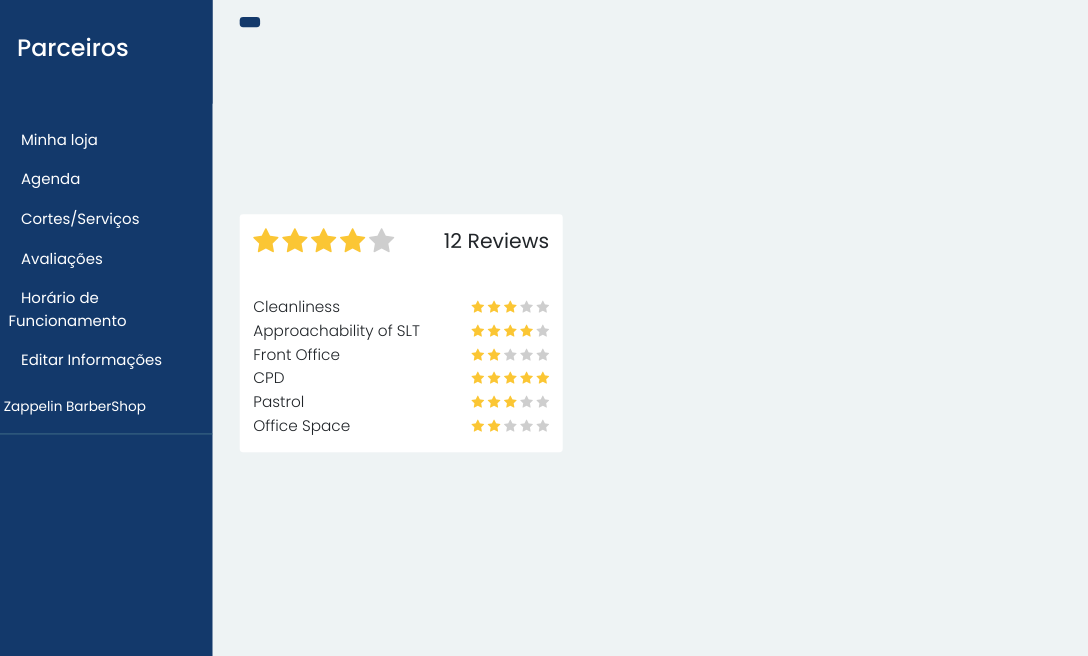
Repository: aquilesascar/barberconnect
Page: http://localhost/avaliacoes.php
An editor plug-in stored every save of this project. The page is shown before and after the next save, followed by the edit.
The browser window is 1280 px wide. The pictures show the whole page, at 85% of full size.
Some web libraries are served in a nearby version. The page is run by PHP 8.4 with error messages shown; the project is at /var/www/html/.

Above is the page before, as saved 2023-10-06 13:29:00.

After the next save:
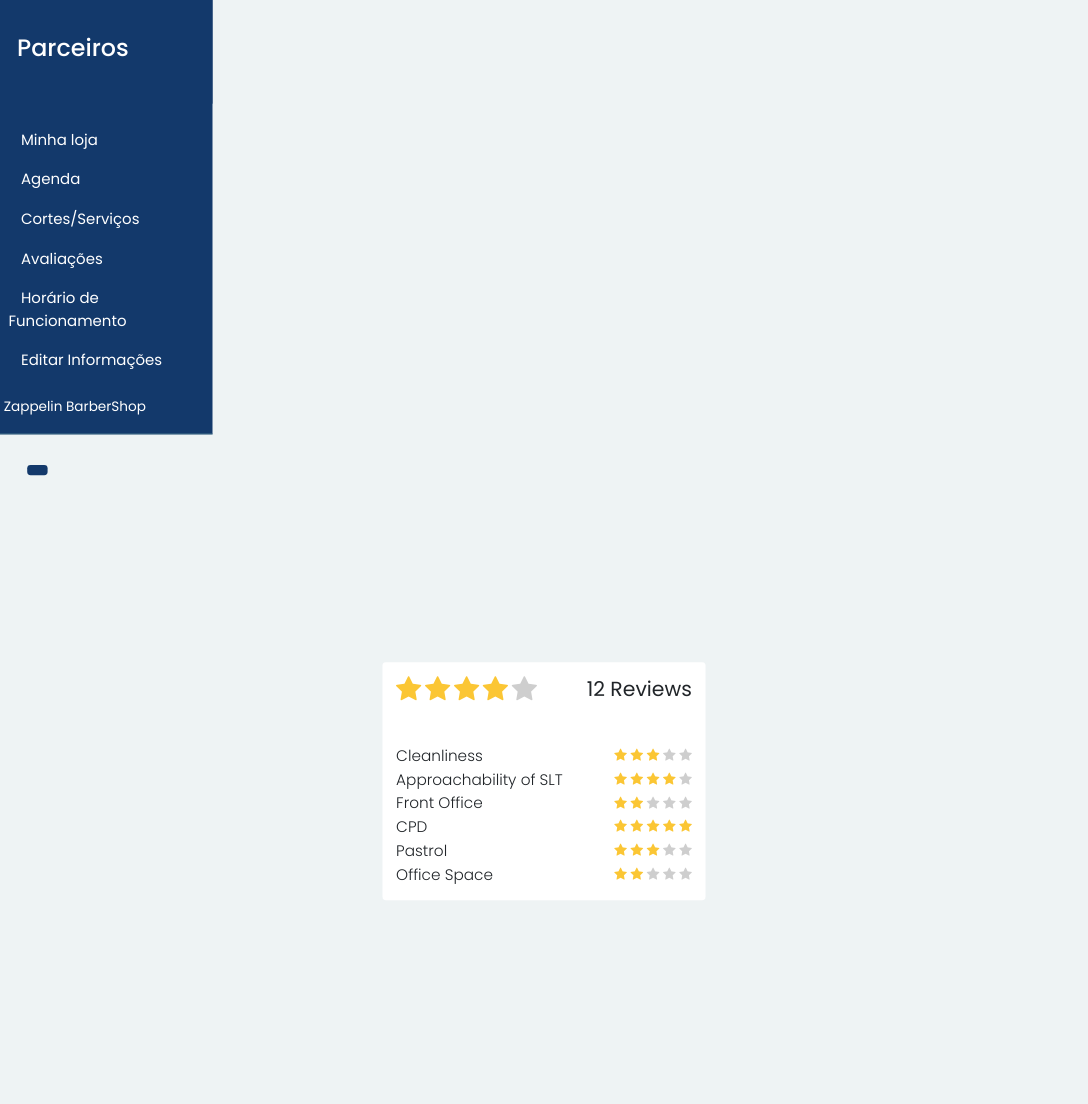
Saved 5 min 41 s later.
--- a/avaliacoes.php
+++ b/avaliacoes.php
@@ -18,8 +18,7 @@
 
     </head>
     <body>
-        <div class="wrapper">
-            <!-- Sidebar Holder -->
+
 
             <?php
         //INCLUSÃO DO MENU

After the save that followed:
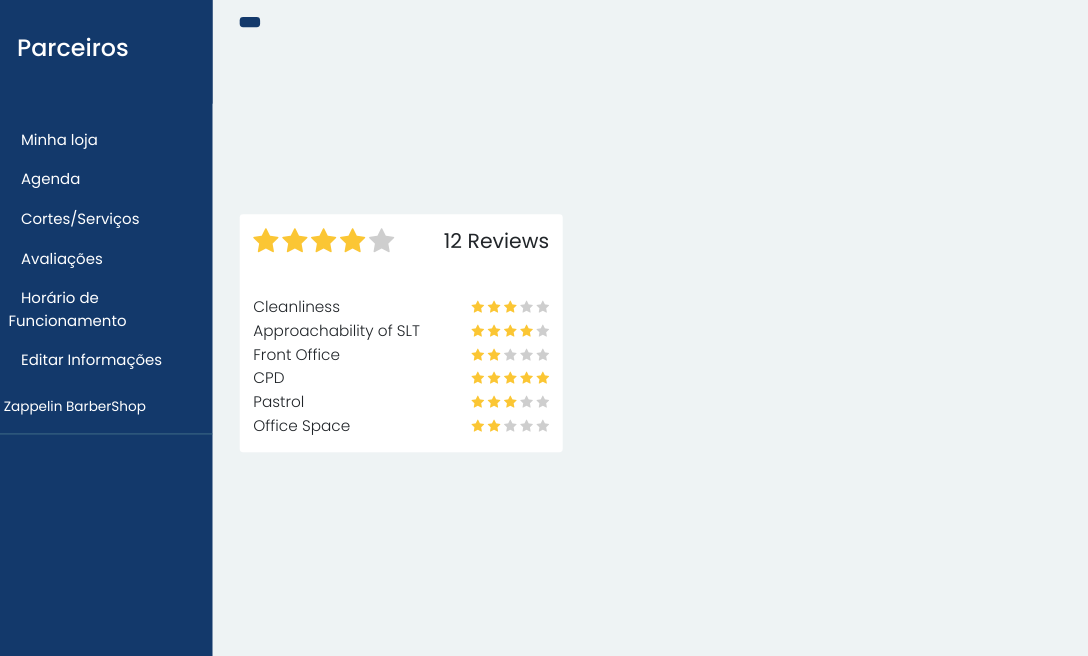
Saved 9 s later.
--- a/avaliacoes.php
+++ b/avaliacoes.php
@@ -18,7 +18,8 @@
 
     </head>
     <body>
-
+        <div class="wrapper">
+            <!-- Sidebar Holder -->
 
             <?php
         //INCLUSÃO DO MENU
